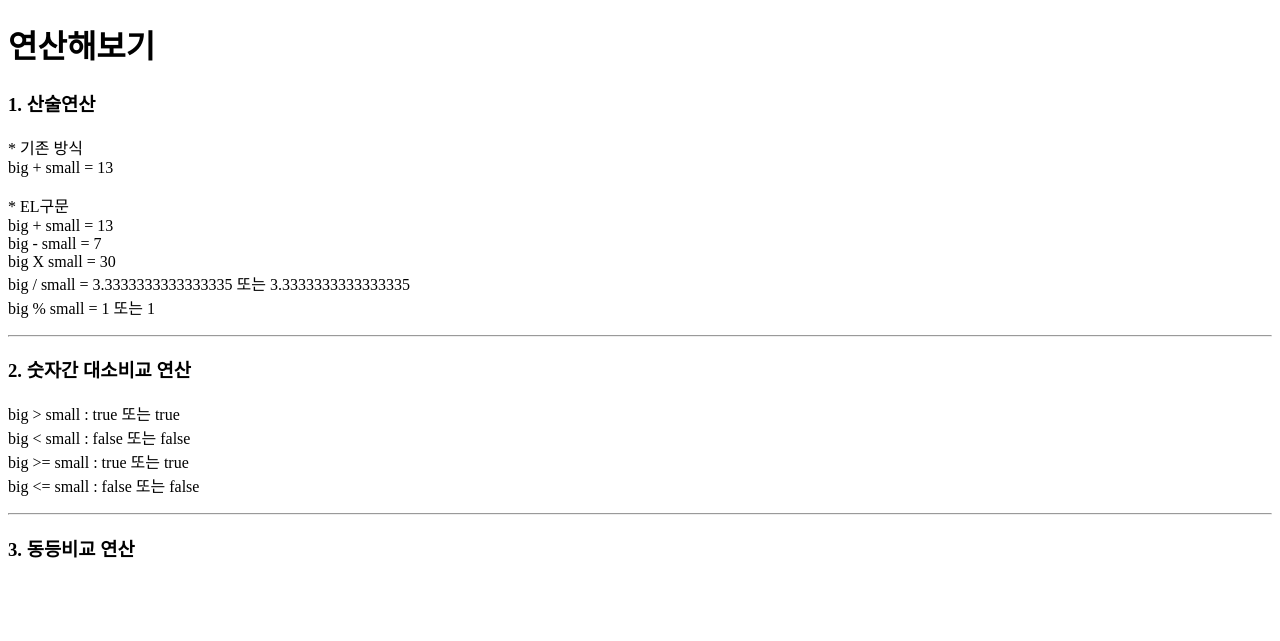
Repository: judeyong/myWebWorkSpace2
Page: http://localhost/Action_Project/operation.do
The author's editor kept a copy of each file at every save. The page is drawn from the files as they stood at one save, then again after the next save.
The browser window is 1280 px wide. The pictures show the whole page.
The page is served by Tomcat 9. Other server files are loaded and not shown.

Above is the page before, as saved 2024-04-03 02:21:49.

### Action_Project/WebContent/views/02_elOperation.jsp
<%@ page language="java" contentType="text/html; charset=UTF-8"
    pageEncoding="UTF-8"%>
<!DOCTYPE html>
<html>
<head>
<meta charset="UTF-8">
<title>Insert title here</title>
</head>
<body>

	<h1>연산해보기</h1>
	<h3>1. 산술연산</h3>

	<p>
		* 기존 방식 <br>
		big + small = <%= (int)request.getAttribute("big") + (int)request.getAttribute("small") %>
	</p>

	<p>
		* EL구문<br>
		big + small = ${ big + small } <br>
		big - small = ${ big - small } <br>
		big X small = ${ big * small } <br>
		big / small = ${ big / small } 또는 ${ big div small }<br>
		big % small = ${ big % small } 또는 ${ big mod small }<br>
	</p>

	<hr>

	<h3>2. 숫자간 대소비교 연산</h3>

	<p>
		big &gt; small : ${ big > small } 또는 ${ big gt small } <br>
		big &lt; small : ${ big < small } 또는 ${ gib lt small } <br>
		big &gt;= small : ${ big >= small } 또는 ${ big ge small } <br>
		big &lt;= small : ${ big <= small } 또는 ${ big le small } <br>
	</p>

	<hr>

	<h3>3. 동등비교 연산</h3>





























</body>
</html>

### Action_Project/src/com/kh/controller/OperationServlet.java
package com.kh.controller;

import java.io.IOException;
import java.util.ArrayList;

import javax.servlet.ServletException;
import javax.servlet.annotation.WebServlet;
import javax.servlet.http.HttpServlet;
import javax.servlet.http.HttpServletRequest;
import javax.servlet.http.HttpServletResponse;

import com.kh.model.vo.Person;

/**
 * Servlet implementation class OperationServlet
 */
@WebServlet("/operation.do")
public class OperationServlet extends HttpServlet {
	private static final long serialVersionUID = 1L;

    /**
     * @see HttpServlet#HttpServlet()
     */
    public OperationServlet() {
        super();
        // TODO Auto-generated constructor stub
    }

	/**
	 * @see HttpServlet#doGet(HttpServletRequest request, HttpServletResponse response)
	 */
	protected void doGet(HttpServletRequest request, HttpServletResponse response) throws ServletException, IOException {

		// 테스트 할 수 있는 값 넘기기
		request.setAttribute("big", 10);
		request.setAttribute("small", 3);

		request.setAttribute("strOne", "안녕");
		request.setAttribute("strTwo", new String("안녕"));

		request.setAttribute("personOne", new Person("홍길동", 15, "한양"));
		request.setAttribute("personTwo", null);

		ArrayList<String> list1 = new ArrayList();
		request.setAttribute("listOne", list1);

		ArrayList<String> list2 = new ArrayList();
		list2.add("ㅎㅇ");
		request.setAttribute("listTwo", list2);

		// 일단 여기까지 requestScope에 총 8개의 값을 담았음
		request.getRequestDispatcher("views/02_elOperation.jsp").forward(request, response);

	}

	/**
	 * @see HttpServlet#doPost(HttpServletRequest request, HttpServletResponse response)
	 */
	protected void doPost(HttpServletRequest request, HttpServletResponse response) throws ServletException, IOException {
		// TODO Auto-generated method stub
		doGet(request, response);
	}

}

### Action_Project/src/com/kh/model/vo/Person.java
package com.kh.model.vo;

public class Person {

	private String name;
	private int age;
	private String address;

	public Person() {
		super();
	}

	public Person(String name, int age, String address) {
		super();
		this.name = name;
		this.age = age;
		this.address = address;
	}

	public String getName() {
		return name;
	}

	public void setName(String name) {
		this.name = name;
	}

	public int getAge() {
		return age;
	}

	public void setAge(int age) {
		this.age = age;
	}

	public String getAddress() {
		return address;
	}

	public void setAddress(String address) {
		this.address = address;
	}

	@Override
	public String toString() {
		return "Person [name=" + name + ", age=" + age + ", address=" + address + "]";
	}

}

After the next save:
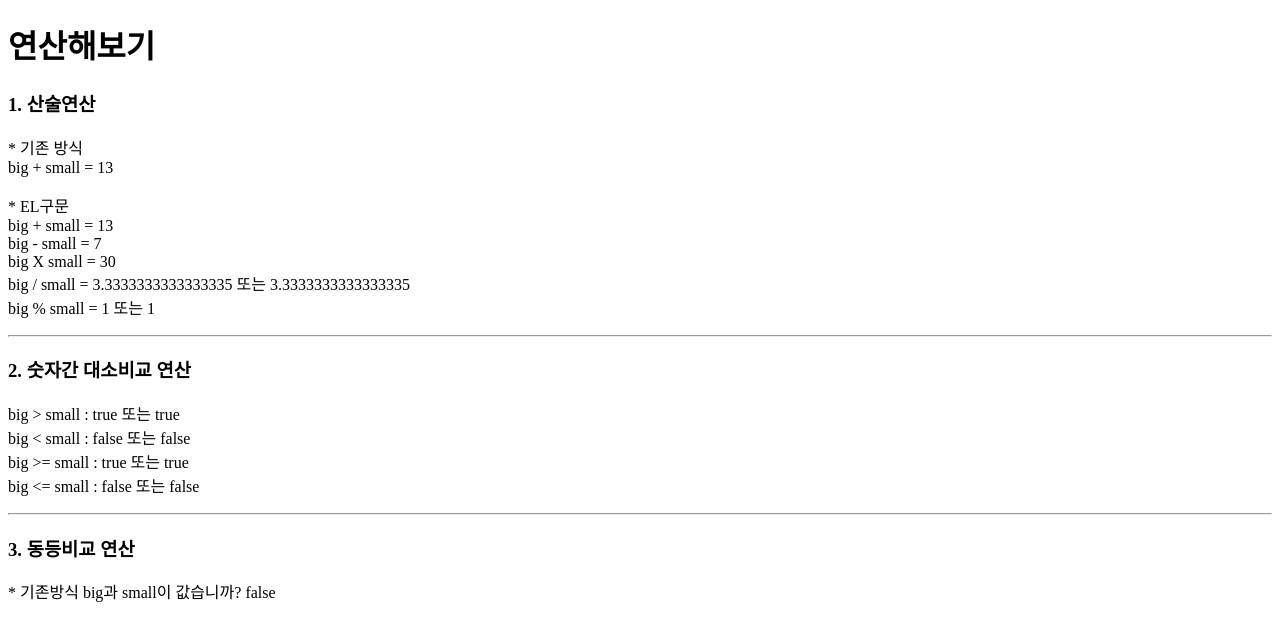
Saved 95 s later.
--- a/Action_Project/WebContent/views/02_elOperation.jsp
+++ b/Action_Project/WebContent/views/02_elOperation.jsp
@@ -40,6 +40,11 @@
 
 	<h3>3. 동등비교 연산</h3>
 
+	<p>
+		* 기존방식
+		big과 small이 값습니까?
+		<%= (int)request.getAttribute("big") == (int)request.getAttribute("small") %> <br>
+	</p>
 
 
 
